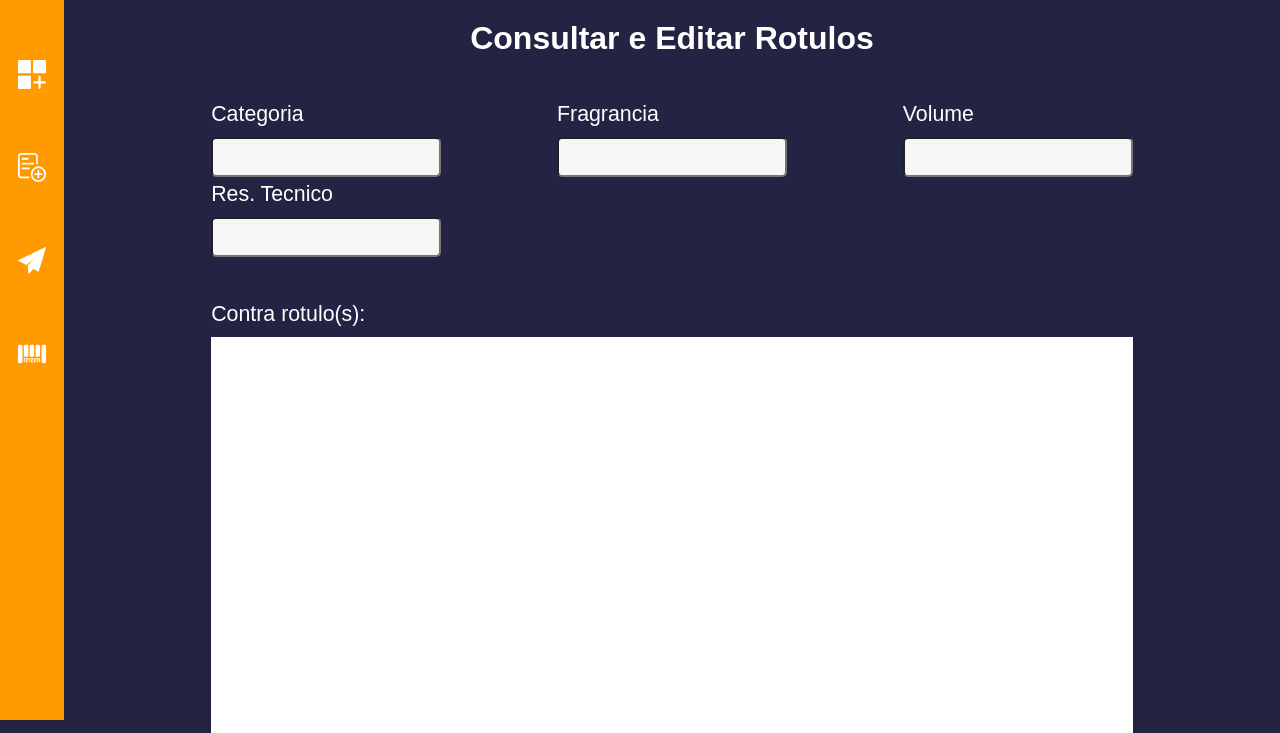
Repository: jeanjanrley/Organizador-de-rotulos
Page: /consultar
The author's editor kept a copy of each file at every save. The page is drawn from the files as they stood at one save, then again after the next save.
The browser window is 1280 px wide. The pictures show the whole page.
The page's requests for data from a server got no answer. The project was rebuilt for these pictures with package versions that can differ from the ones it lists, and the page was loaded fresh each time. No one was signed in, and anything a server would have sent is missing. Also part of the build but not shown: src/components/medida/styles.scss, src/components/medida/index.js, src/pages/home/Home.js, src/components/rotulo/style.scss, src/components/rotulo/index.js, src/pages/fragrancia/styles.scss, src/hooks/getDatas.js, src/pages/fragrancia/index.jsx and 8 more.

Above is the page before, as saved 2021-07-04 20:14:03.

### src/index.js
import React from 'react';
import ReactDOM from 'react-dom';
import App from './App';
import reportWebVitals from './reportWebVitals';



ReactDOM.render(
  <React.StrictMode>
    <App />
  </React.StrictMode>,
  document.getElementById('root')
);
reportWebVitals();

### src/App.js
import {BrowserRouter, Route, Switch} from 'react-router-dom'
import './styles/global.scss'

import Home from './pages/home/Home'
import Consultar from './pages/consultar/index'
import Fragrancia from './pages/fragrancia/index'
import Categoria from './pages/categoria/index'
import Responsavel from './pages/responsavel/index'
import ContraRotulo from './pages/contraRotulo/index'
import CodigoDeBarras from './pages/codigo/index'

function App() {
  return (
    <BrowserRouter>
        <Switch>
          <Route path={'/'} exact component={Home}/>
          <Route path={'/consultar'}  component={Consultar}/>
          <Route path={'/fragrancia'}  component={Fragrancia}/>
          <Route path={'/categoria'}  component={Categoria}/>
          <Route path={'/responsavel-tecnico'}  component={Responsavel}/>
          <Route path={'/contra-rotulo'}  component={ContraRotulo}/>
          <Route path={'/codigo-de-barras'}  component={CodigoDeBarras}/>
        </Switch>
    </BrowserRouter>
  );
}

export default App;

### src/styles/global.scss
*{
    margin: 0;
    padding: 0;
    box-sizing: border-box;
    font-family: 'Poppins', sans-serif;
}

body{
    background: #232443;
    overflow: hidden;

}

.Page{
    display: flex;
}


h1, h2, h3, h4, h5, h6, p, span{
    color: #fff;
}

input{
    padding: 5px;
    color: rgb(92, 92, 92);
}

a{
    text-decoration: none;
    color: #fff;
    font-size: 14pt;
}



main{
    display: flex;
    flex-direction: column;
    width: 95vw;
    height: 100%;
    justify-content: center;
    justify-items: center;
    align-content: center;
    align-items: center;

}

### src/pages/consultar/index.js
import React, {useEffect, useState} from 'react';
import Aside from '../../components/aside/index'
import Filter from '../../components/filter/index'
import Rotulo from '../../components/rotulo/index'
import {firebase} from '../../services/firebase'

import '../home/styles.scss'


export default function Home(){

    const [listadeRotulos, setListadeRotulos] = useState([])

    useEffect(() => {
        var rotulos = firebase.database().ref('rotulos/');

        rotulos.on('value', (snapshot) => {
            if(snapshot.val()){
                const data = snapshot.val();
                const arrayDeArrays = Object.entries(data)
                const arrayDeItems = arrayDeArrays.map(([key, value]) => {return({
                    nome: key,
                    categoria: value.categoria,
                    contraRotulo: value.contraRotulo,
                    dataDeProducao: value.dataDeProdução || value.dataDeProducao,
                    fragrancia: value.fragrancia,
                    lote: value.lote,
                    medida: value.medida,
                    responsavel: value.responsavel,
                    validade: value.validade,

                })})
                setListadeRotulos(arrayDeItems)
                }

            else{
                setListadeRotulos(0)
            }
        })

    },[])


    const ComponentRotulos = listadeRotulos.map((obj, index) => {
        return(<Rotulo key={index} nome={obj.nome} lote={obj.lote} data={obj.producao} validade={obj.validade} contraRotulo={obj.contraRotulo}/>)
    })

    return(
        <div className="Page">
            <Aside/>
            <main className="Home">

                <h1>Consultar e Editar Rotulos</h1>
                <div className="filterArea">
                    <Filter title="Categoria"/>
                    <Filter title="Fragrancia"/>
                    <Filter title="Volume"/>
                    <Filter title="Res. Tecnico"/>
                </div>

                <div className="contra-rotulo">
                    <div className="contra-rotulo-count">
                        <span>Contra rotulo(s):</span>
                    </div>
                    <div className="contra-rotulo-space">
                        <div className="contra-rotulo-area">
                            {ComponentRotulos}
                        </div>
                    </div>
                </div>


            </main>
        </div>
    )
}

### src/components/aside/index.js
import React from 'react'
import {Link} from 'react-router-dom'
import './styles.scss'
import add from '../../assets/icons/add.svg'
import prancher from '../../assets/icons/prancher.svg'
import direct from '../../assets/icons/direct.svg'
import codigo from '../../assets/icons/codigo.svg'

export default function CodigoDeBarras() {
    return(
        <aside>
            <div className="add">
                    <img src={add} />
                <Link className="Link" to={'/'}>
                    N-R
                </Link>
                <Link className="Link" to={'/consultar'}>
                    C-E
                </Link>
            </div>
            <div className="prancher">
                    <img src={prancher} />
                <Link className="Link" to={'/categoria'}>
                    CAT
                </Link>
                <Link className="Link" to={'/fragrancia'}>
                    FRA
                </Link>
                <Link className="Link" to={'/responsavel-tecnico'}>
                    R-T
                </Link>
                <Link className="Link" to={'/contra-rotulo'}>
                    C-R
                </Link>
            </div>
            <div className="direct unic">
                <Link className="Link" to={'/send'}>
                    <img src={direct} />
                </Link>
            </div>
            <div className="codigo unic">
                <Link className="Link" to={'/codigo-de-barras'}>
                    <img src={codigo} />
                </Link>
            </div>
        </aside>
    )
}

### src/components/filter/index.js
import React from 'react'
import './styles.scss'

export default function(props){

    return(
        <div className="filter">
            {props.title == null ? <></> :  <span>{props.title}</span>}
            {props.subTitle == null ? <></> :  <span className="sub-title">{props.subTitle}</span>}

            <input
                value={props.value}
                onChange={(event) => props.setState(event.target.value)}
                list={props.id}
                name={props.id}
                id={props.id}
                placeholder={props.placeholder}
                type={props.type == null ? "text" :  props.type}
            />
            <datalist id={props.id}>
                <option value={props.value}/>
             </datalist>
        </div>
    )
}

### src/services/firebase.js
import firebase from 'firebase/app';

import 'firebase/auth';
import 'firebase/database';

const firebaseConfig = {
    apiKey: "AIzaSyBG3O8epyVVjHtMQxXL-4YtgMH90s-a4Gk",
    authDomain: "rotulos-c1220.firebaseapp.com",
    databaseURL: "https://rotulos-c1220-default-rtdb.firebaseio.com",
    projectId: "rotulos-c1220",
    storageBucket: "rotulos-c1220.appspot.com",
    messagingSenderId: "253076392498",
    appId: "1:253076392498:web:71d28e5b787916afc6ca2b"
  };

firebase.initializeApp(firebaseConfig)

const auth = firebase.auth()
const database = firebase.database()


export { firebase, auth, database };

### src/pages/home/styles.scss
.Home {
    padding-top: 20px;
    gap: 45px;

    .filterArea{
        display: flex;
        flex-wrap: wrap;
        flex-direction: row;
        justify-content: space-between;
        gap: 5px;
        width: 72vw;

    }

    .contra-rotulo{
        display: flex;
        flex-direction: column;
        align-items: left;
        justify-content: left;
        gap: 10px;

        .contra-rotulo-count{
            display: flex;
            width: 72vw;
            justify-content: space-between;
        }



        span {
            font-size: 16pt;
        }

        .data-rotulos{
            display: flex;
            box-sizing: border-box;
            flex-direction: row;
            justify-content: space-between;
            width: 72vw;
            min-height: 35vh;


            .contra-rotulo-area{
                display: flex;
                flex-direction: column;
                justify-content: space-between;
                width: 75%;

                .filter-rotulo{
                    width: 100%;
                    height: 35px;
                    border-radius: 5px;

                }

                > textarea{
                    width: 100%;
                    padding: 10px;
                    resize: none;
                    min-height: 28vh;
                    border-radius: 10px;

                }



            }

            .sub-filters-area{
                display: flex;
                flex-direction: column;
                justify-content: space-between;
            }
        }

        > button{
            height: 50px;
            width: 72vw;
            border-radius: 10px;
            font-size: 16pt;
            color: #6D6D6D;
        }

        button:hover{
            cursor: pointer;
        }

        .contra-rotulo-space{
            display: flex;
            flex-direction: column;
            align-items: center;
            background: #fff;
            width: 72vw;
            overflow-y: auto;
            height: 55vh;
            border: 1px solid #fff;


            >button{
                margin: 15px;
                width: 65vw;
                border: transparent;
                box-shadow: 0 2px 12px rgba(0, 0, 0, 0.4);
                background: #FF9A00;
                color: #fff;

            }

            >button:hover{
                cursor: pointer;
            }

            .contra-rotulo-area{
                width: 65vw;
                padding: 10px 0;
                padding-top: 20px;
                display: flex;
                flex-direction: column;
                justify-content: center;
                justify-items: center;
                align-content: center;
                align-items: center;
                width: 72vw;
                gap: 25px;



            }
        }
    }
}

### src/components/aside/styles.scss
aside{
    padding-top: 50px;
    display: flex;
    flex-direction: column;

    align-items: center;
    justify-content: baseline;

    width: 5vw;
    height: 100vh;
    background: #FF9A00;

    > div{
        display: flex;
        flex-direction: column;
        align-items: center;
        width: 100%;
        margin-bottom: 30px;
        padding: 10px 0;
        transition: 0.5s;
        gap: 10px;



        img{
            width: 4vh;
            height: 4vh;
            margin-bottom: 2vh;
        }
        .Link{
            display: none,

        }
    }

    > div:hover{
        display: flex;
        flex-direction: column;
        align-items: center;
        width: 100%;
        margin-bottom: 40px;
        background: #CC7B00;
        padding: 10px 0;

        img{
            width: 4vh;
            height: 4vh;
            margin-bottom: 2vh;
        }

        img:hover{
            cursor: pointer;
        }

        .Link{
            display: flex;
        }

        .link:hover{
            cursor: pointer;
        }
    }

    .unic{
        padding: 10px;
        display: flex;
        flex-direction: column;
        justify-content: center;
        justify-items: center;
        align-content: center;
        align-items: center;
        width: 100%;


        img{
            width: 4vh;
            height: 4vh;
            margin-bottom: 2vh;
        }

        img:hover{
            cursor: pointer;
        }

        .Link{
            display: flex;
        }

        .link:hover{
            cursor: pointer;
        }
    }

    .unic:hover{
        background: #CC7B00;
        padding: 10px 0;

    }
}

### src/components/filter/styles.scss
.filter{
    display: flex;
    flex-direction: column;
    justify-items: left;
    gap: 10px;

    > span{
        font-size: 16pt;

    }

    > input {
        width: 230px;
        height: 40px;
        border-radius: 5px;
        background: #F6F6F6;
        padding: 5px;
        box-sizing: border-box;
    }
}

Loaded but not shown: src/reportWebVitals.js (common file)

After the next save:
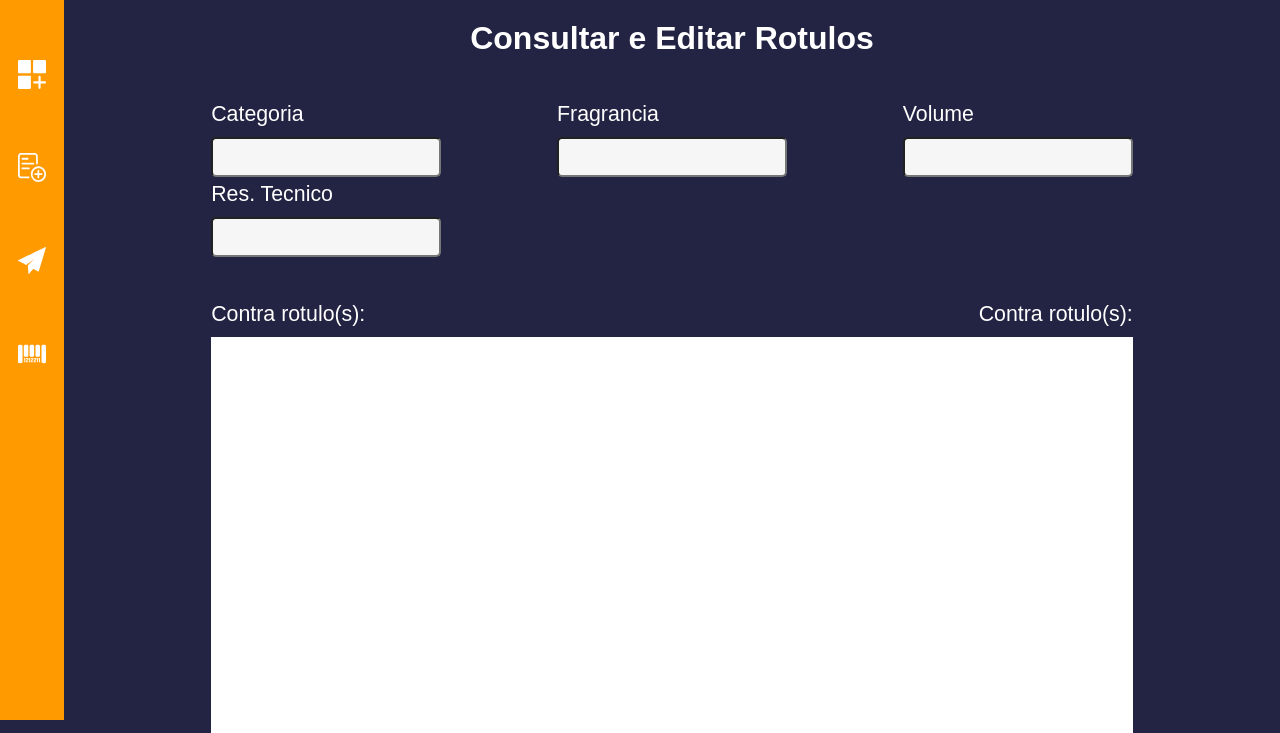
Saved 18 s later.
--- a/src/pages/consultar/index.js
+++ b/src/pages/consultar/index.js
@@ -61,6 +61,7 @@
                 <div className="contra-rotulo">
                     <div className="contra-rotulo-count">
                         <span>Contra rotulo(s):</span>
+                        <span>Contra rotulo(s):</span>
                     </div>
                     <div className="contra-rotulo-space">
                         <div className="contra-rotulo-area">
